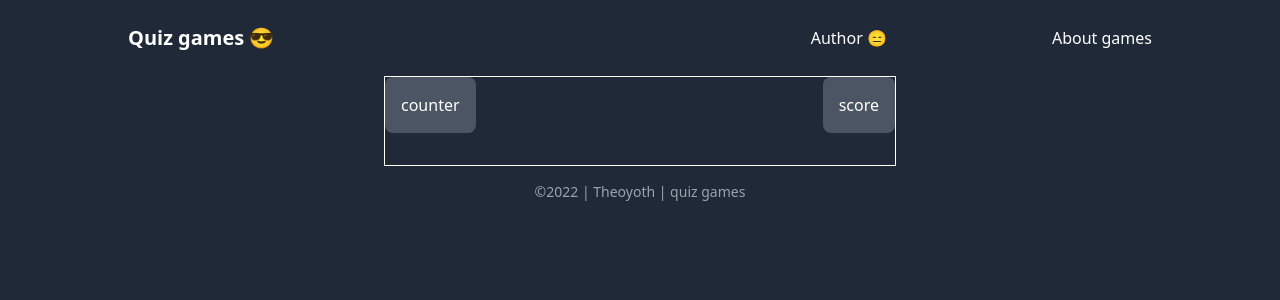
Repository: theoyoth/quiz-game
Page: /game
These files come from the project's save history. The page is drawn as it stood at one moment and after the next save; the edit follows.
The browser window is 1280 px wide. The pictures show the whole page.
The page's requests for data from a server got no answer. The project was rebuilt for these pictures with package versions that can differ from the ones it lists, and the page was loaded fresh each time. The framework's server and built-in components were replaced by stand-ins that run in the browser. No one was signed in, and anything a server would have sent is missing. Also part of the build but not shown: nuxt.config.js, layouts/404.vue, layouts/error.vue, layouts/errorLayout.vue. Imported but missing from the stored project, and not drawn on this page: components/EndPage.vue.

Above is the page before, as saved 2022-06-16 15:36:03.

After the next save:
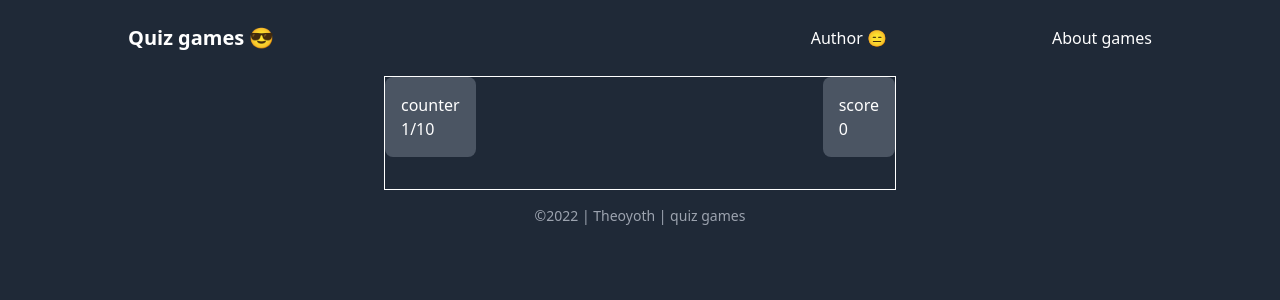
Saved 118 s later.
--- a/pages/game.vue
+++ b/pages/game.vue
@@ -4,8 +4,14 @@
     <div v-else class="w-full grid grid-cols-1 place-items-center">
       <div class="xl:w-1/2 lg:w-3/4 sm:w-11/12 md:w-2/3 border border-white border-1">
         <div class="w-full flex justify-between mb-8">
-          <div class="bg-gray-600 p-4 rounded-lg">counter</div>
-          <div class="bg-gray-600 p-4 rounded-lg">score</div>
+          <div class="bg-gray-600 p-4 rounded-lg">
+            <p>counter</p>
+            <h1>1/10</h1>
+          </div>
+          <div class="bg-gray-600 p-4 rounded-lg">
+            <p>score</p>
+            <h1>0</h1>
+          </div>
         </div>
         <div v-for="(q,i) in questionNow" :key="i" class="mb-4">
           <div class="px-6 py-8 bg-gray-600 rounded-lg text-center">
